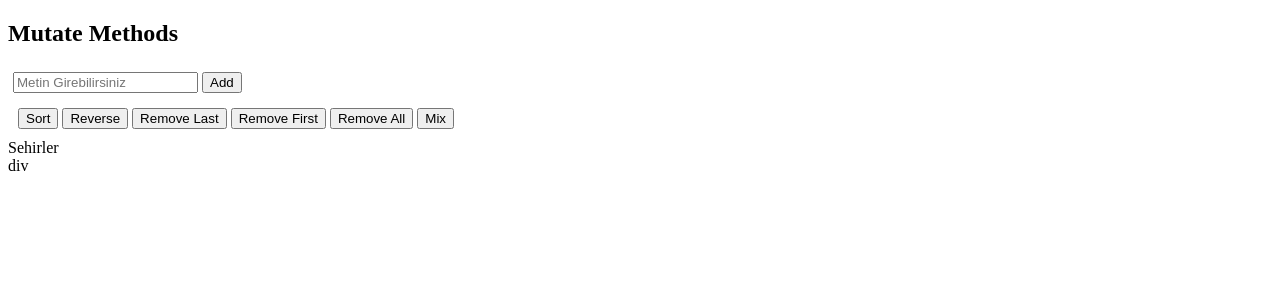
Repository: GorkemTurhan89/jsTutorial
Page: day13/51-b-practice.html
The author's editor kept a copy of each file at every save. The page is drawn from the files as they stood at one save, then again after a run of saves.
The browser window is 1280 px wide. The pictures show the whole page.

Above is the page before, as saved 2024-06-20 22:31:02.

After the next 3 saves:
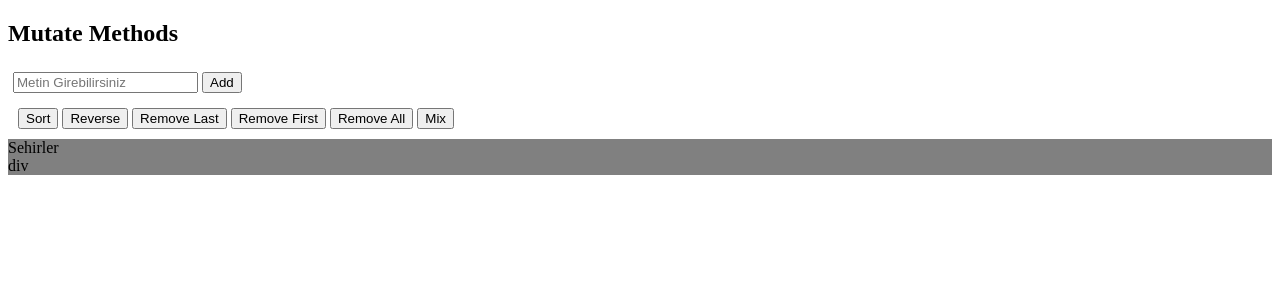
The 3 saves are shown as one change because they came seconds apart.
The last was saved 8 s later.
--- a/day13/51-b-practice.html
+++ b/day13/51-b-practice.html
@@ -15,7 +15,7 @@
         }
         .citiesToShown{
             display: block;
-
+            background-color: grey;
         }
     </style>
 </head>
